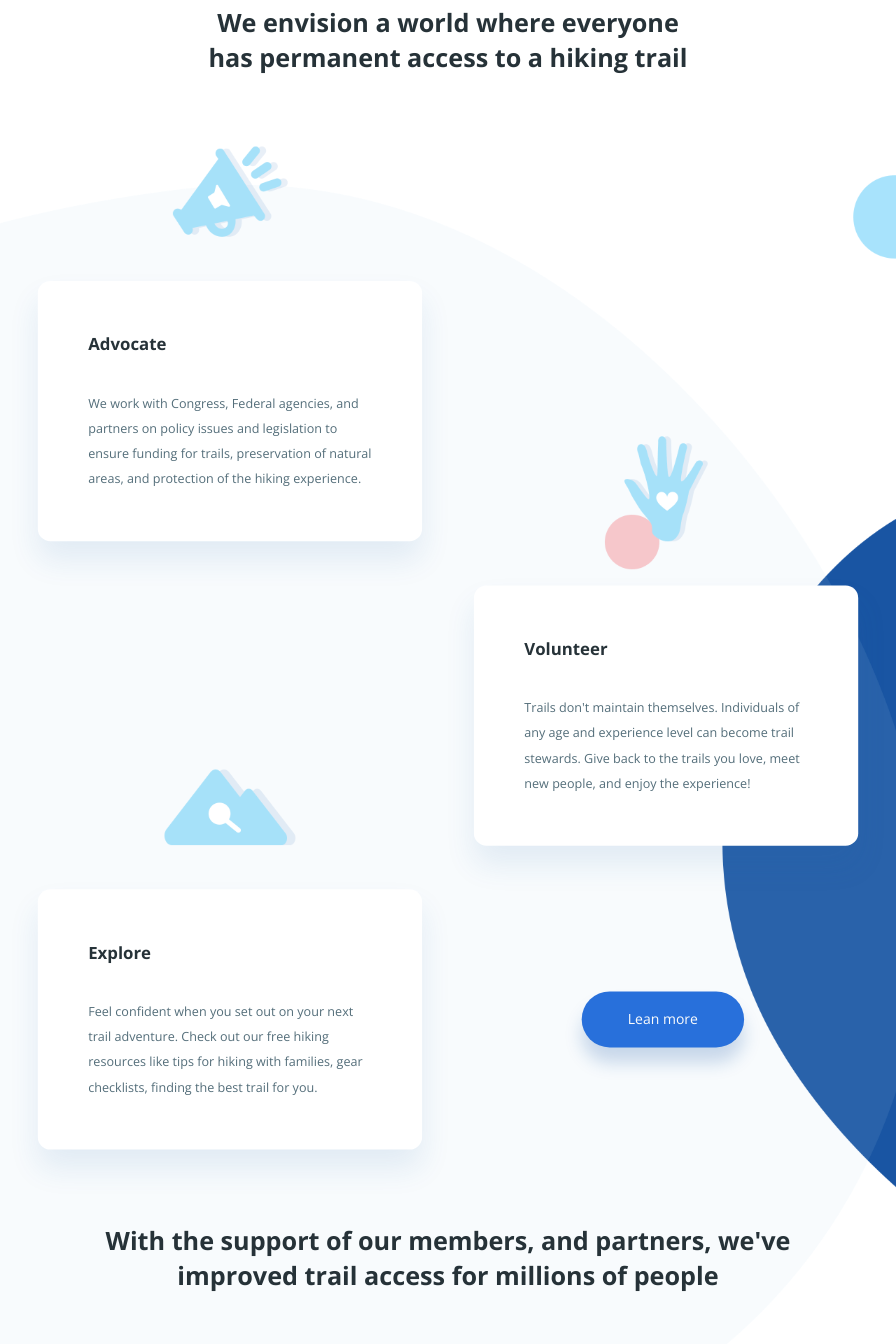
Repository: huubinh98/Project
Page: muncak/index.html
An editor plug-in stored every save of this project. The page is shown before and after the next save, followed by the edit.
The browser window is 1280 px wide. The pictures show the part of the page from y = 1176 to 3096 px (the page is 4779 px tall before and 4975 px after), at 70% of full size.

Above is the page before, as saved 2021-08-28 19:45:21.

### muncak/index.html
<!DOCTYPE html>
<html lang="en">

<head>
    <meta charset="UTF-8">
    <meta http-equiv="X-UA-Compatible" content="IE=edge">
    <meta name="viewport" content="width=device-width, initial-scale=1.0">
    <link rel="stylesheet" href="./style.css">
    <link rel="preconnect" href="https://fonts.googleapis.com">
    <link rel="preconnect" href="https://fonts.gstatic.com" crossorigin>
    <link href="https://fonts.googleapis.com/css2?family=Open+Sans:wght@300;400;600;700&display=swap" rel="stylesheet">
    <title>Muncak</title>
</head>

<body>
    <header class="header">
        <div class="container header-nav">
            <h1 class="logo"><a href="" class="logo-link"><img src="./image/Muncak.png" alt="" class="logo-img"></a>
            </h1>
            <ul class="nav-list">
                <li class="nav-item">
                    <a href="" class="nav-item-link">Home</a>
                </li>
                <li class="nav-item">
                    <a href="" class="nav-item-link">Go Hiking</a>
                </li>
                <li class="nav-item">
                    <a href="" class="nav-item-link">About</a>
                </li>
                <li class="nav-item">
                    <a href="" class="nav-item-link nav-highlight">Login</a>
                </li>
            </ul>
        </div>
        <div class="container-small">
            <h1 class="heading-banner">Lets get the top of Moutain</h1>
            <p class="heading-desc">Here is the hiking information you need to decide
                if it is right for you, and to make it more interesting,
                enjoyable, and safe.</p>
            <a href="#" class="btn c"> Get Started</a>
        </div>
    </header>
    <section class="about">
        <div class="container-small about-wrap">
            <h2 class="heading-name hearding-name-about">We envision a world where everyone
                has permanent access to a hiking trail</h2>
            <div class="about-item">
                <img src="./image/loa.png" alt="loa" class="about-img">
                <div class="about-content">
                    <h4 class="about-content-heading">Advocate</h4>
                    <p class="about-content-desc">We work with Congress, Federal agencies, and partners on policy issues
                        and legislation to ensure funding for trails, preservation of natural areas, and protection of
                        the hiking experience.</p>
                </div>
            </div>
            <div class="about-item">
                <img src="./image/bantay.png" alt="loa" class="about-img">
                <div class="about-content">
                    <h4 class="about-content-heading">Volunteer </h4>
                    <p class="about-content-desc">Trails don't maintain themselves. Individuals of any age and
                        experience level can become trail stewards. Give back to the trails you love, meet new people,
                        and enjoy the experience!</p>
                </div>
            </div>
            <div class="about-item">
                <img src="./image/nui.png" alt="loa" class="about-img">
                <div class="about-content">
                    <h4 class="about-content-heading">Explore</h4>
                    <p class="about-content-desc">Feel confident when you set out on your next trail adventure. Check
                        out our free hiking resources like tips for hiking with families, gear checklists, finding the
                        best trail for you.</p>
                </div>
            </div>
            <a href="" class="btn btn-about">Lean more</a>
        </div>
        <div class="container-small about-custumer">
            <h2 class="heading-name">With the support of our members, and partners, we've improved trail access for millions of people</h2>
            <div class="customer-content">
                <p class="customer-text">We’ve Mobilized <span>558,768</span> Trail Volunteers</p>
                <p class="customer-text">We’ve Facilitated <span>41,146</span>
                    Miles of Trail Maintenance & Construction</p>
                <p class="customer-text">Volunteers Have Contributed <span>$108 Milion</span> in Volunteer Labor</p>
            </div>
        </div>
    </section>

    <!-- -----------new--------------- -->
    <section class="new">
        <div class="container-small">
            <h2 class="heading-name">Protecting Trails: Current News and Issues</h2>
            <div class="new-content">
                <div class="new-item">
                    <a href="#" class="new-item-link">
                        <img src="./image/pic1.jpg" alt="pic1" class="new-item-img">
                    </a>
                    <div class="new-item-text">
                        <h3 class="new-item-name">2,802 Miles of Trail to be Improved on International Trails Day</h3>
                        <p class="new-item-desc">On June 2, 2018, people across the worldwill come together to
                            collectively improve 2,802 miles of trail—the distance across the world—during International
                            Trails Day. Muncak invites hikers, cyclists,…</p>
                        <a href="#" class="new-item-link">Read More</a>
                    </div>
                </div>
                <div class="new-item">
                    <a href="#" class="new-item-link">
                        <img src="./image/pic2.jpg" alt="pic1" class="new-item-img">
                    </a>
                    <div class="new-item-text">
                        <h3 class="new-item-name">Four Ways to Celebrate International Trails Day on a Bicycle</h3>
                        <p class="new-item-desc">There are many ways to celebrate the International Trails Day on June 2. It’s even possible to participate on a bicycle. And if you go on a bike overnight trip during International Trails Dayyou will simultaneously…</p>
                        <a href="#" class="new-item-link">Read More</a>
                    </div>
                </div>
                <div class="new-item">
                    <a href="#" class="new-item-link">
                        <img src="./image/pic3.jpg" alt="pic1" class="new-item-img">
                    </a>
                    <div class="new-item-text">
                        <h3 class="new-item-name">Millennials are the Future of our Trails</h3>
                        <p class="new-item-desc">The smell of fresh dew is a welcome scent, as the crunch of my boots melds with the sound of the birds singing their morning song. It’s early and I am wearing layers, but it won’t be long until they are peeled away to adapt to the summer…</p>
                        <a href="#" class="new-item-link">Read More</a>
                    </div>
                </div>
            </div>
        </div>
    </section>

    <div class="contact-footer">
        <div class="container">
            <h5 class="contact-heading">Receive the latest updates on how to protect trails.
                Subscribe to the monthly edition of Paperless Trails.</h5>
            <form action="">
                <input type="text" name="Name" id="" class="form-input">
                <input type="text" name="Email" id="" class="form-input">
                <button type="submit">Subscribe</button>
            </form>
        </div>
        <footer class="footer container">
            <div class="footer-info">
                <div class="footer-item">
                    <h4>Contact US</h4>
                    <p>Muncak hiking society
                        8605 Second Ave.
                        Silver Spring, MD 20910</p>
                    <p>
                        <span>Info@muncak.org</span>
                        <span>1-301-565-6704 (Main)</span>
                        <span>1-800-972-8608 (Toll-free)</span>
                    </p>
                </div>
                <div class="footer-item">
                    <h4>About us</h4>
                    <ul>
                        <li>
                            <a href="">Our Mission</a>
                        </li>
                        <li>
                            <a href="">Our Team</a>
                        </li>
                        <li>
                            <a href="">Corporate Sponsors</a>
                        </li>
                        <li>
                            <a href="">Financials</a>
                        </li>
                        <li>
                            <a href="">Media Center</a>
                        </li>
                    </ul>
                </div>
                <div class="footer-item">
                    <h4>Our Programs</h4>
                    <ul>
                        <li>
                            <a href="">Hike The Hill</a>
                        </li>
                        <li>
                            <a href="">Volunteer Vacations</a>
                        </li>
                        <li>
                            <a href="">Alternative Break</a>
                        </li>
                    </ul>
                </div>
                <div class="footer-item">
                    <h4>support trails</h4>
                    <ul>
                        <li>
                            <a href="">Donate</a>
                        </li>
                        <li>
                            <a href="">Individual Membership</a>
                        </li>
                        <li>
                            <a href="">Gift membership</a>
                        </li>
                        <li>
                            <a href="">Hiker Store</a>
                        </li>
                    </ul>
                </div>
                <div class="footer-item">
                    <h4>hiking resources</h4>
                    <ul>
                        <li>
                            <a href="">Hikes Near You</a>
                        </li>
                        <li>
                            <a href="">Hiking 101</a>
                        </li>
                        <li>
                            <a href="">Muncak Blog</a>
                        </li>
                        <li>
                            <a href="">Hiking Organizations</a>
                        </li>
                    </ul>
                </div>
            </div>
            <ul class="socical">
                <li class="socical-item">
                    <a href="" class="socical-item-link">
                        <img src="./image/instar.png" alt="" class="socical-item-img">
                    </a>
                </li>
                <li class="socical-item">
                    <a href="" class="socical-item-link">
                        <img src="./image/facebook.png" alt="" class="socical-item-img">
                    </a>
                </li>
                <li class="socical-item">
                    <a href="" class="socical-item-link">
                        <img src="./image/tiwer.png" alt="" class="socical-item-img">
                    </a>
                </li>
            </ul>
        </footer>
    </div>
</body>

</html>

### muncak/style.css
* {
    margin: 0;
    padding: 0;
    box-sizing: border-box;
}

html {
    font-size: 62.5%;
    line-height: 1.6rem;
    font-family: 'Open Sans', sans-serif;
    scroll-behavior: smooth;
}

ul, li {
    list-style: none;
}

a {
    text-decoration: none;
}

.container {
    max-width: 1404px;
    width: 100%;
    margin: 0 auto;
}

.container-small {
    max-width: 1172px;
    width: 100%;
    margin: 0 auto;
}

.btn {
    font-size: 2rem;
    line-height: 8rem;
    color: #fbfcfc;
    background-color: #2870db;
    border-radius: 40px;
    display: inline-block;
    padding: 0 66px;
    box-shadow: 0 22px 24px rgba(17, 83, 165, 0.21);
    transition: 0.25s ease;
}

.heading-name {
    font-size: 3.6rem;
    line-height: 5rem;
    text-align: center;
    margin: 0 auto;
    color: #263238;
    margin-bottom: 101px;
    max-width: 1000px;
}

.btn:hover {
    background-color: #1153a5;
}

/* ----------------------- */

.header {
    margin: 0 auto;
    max-width: 1900px;
    height: 1026px;
    background-color: white;
    background-image: url(./image/backgroudleft1.png), url(./image/Muncak-Landing-Page.png);
    background-position: left bottom, right top;
    background-repeat: no-repeat, no-repeat;
}

.header-nav {
    display: flex;
    justify-content: space-between;
    padding-top: 85px;
}

.logo{

}
.logo-link{

}
.logo-img{

}
.nav-list{

}
.nav-item{
    display: inline-block;
}
.nav-item-link{
    font-size: 1.8rem;
    font-weight: 400;
    line-height: 3.6rem;
    color: #fff;
    padding: 0 36px;
    display: inline-block;
}

.nav-highlight {
    background-color: #fff;
    color: #14215e;
    border-radius: 14px;
}

.heading-banner {
    font-size: 5rem;
    line-height: 6rem;
    color: #1c2056;
    margin-top: 144px;
    max-width: 400px;
}

.heading-desc {
    font-size: 1.8rem;
    line-height: 4rem;
    color: rgba(45, 32, 88, 0.65);
    max-width: 400px;
    margin-top: 43px;
    margin-bottom: 103px;
}

.btn-heading {
    margin-bottom: 310px;
}


/* -----------about---------------- */
.about {
    padding-top: 158px;
    background-image: url(./image/backgroudleft2.png), url(./image/Muncak-Landing-Page2.png);
    background-repeat: no-repeat, no-repeat;
    background-position: left bottom, right center;
}

.about-wrap {
    margin-bottom: 105px;
}

.hearding-name-about {
    max-width: 700px;
}

.about-item {
    margin-top: -150px;
    max-width: 549px;
}

.about-item:nth-child(2n + 1) {
    margin-left: auto;
}

.about-item:nth-child(2n + 2) {
    margin-top: -109px;
}

.about-item:first-of-type {
    margin-top: 0;
}

.about-img {
    display: block;
    margin: 0 auto;
    margin-bottom: 63px;
}

.about-content {
    padding: 72px;
    border-radius: 18px;
    background-color: #fff;
    box-shadow: 0 27px 43px rgb(32 94 171 / 10%);
}

.about-content-heading {
    font-size: 2.4rem;
    line-height: 3.6rem;
    color: #263238;
    padding-bottom: 48px;
}

.about-content-desc {
    font-size: 1.8rem;
    line-height: 3.6rem;
    color: #546e7a;
}

.btn-about {
    float: right;
    margin-right: 163px;
    margin-top: -226px;
}

/* -----------customer-------------- */

.about-custumer {
    margin-top: 105px;
}

.customer-content {
    display: flex;
    justify-content: space-between;
}

.customer-text {
    text-align: center;
    font-size: 2.2rem;
    line-height: 2.3rem;
    color: #263238;
}

.customer-text span {
    font-size: 3.6rem;
    display: block;
    color: #1a56a3;
    font-weight: 700;
    line-height: 3.4rem;
    padding: 34px 0;
}

After the next save:
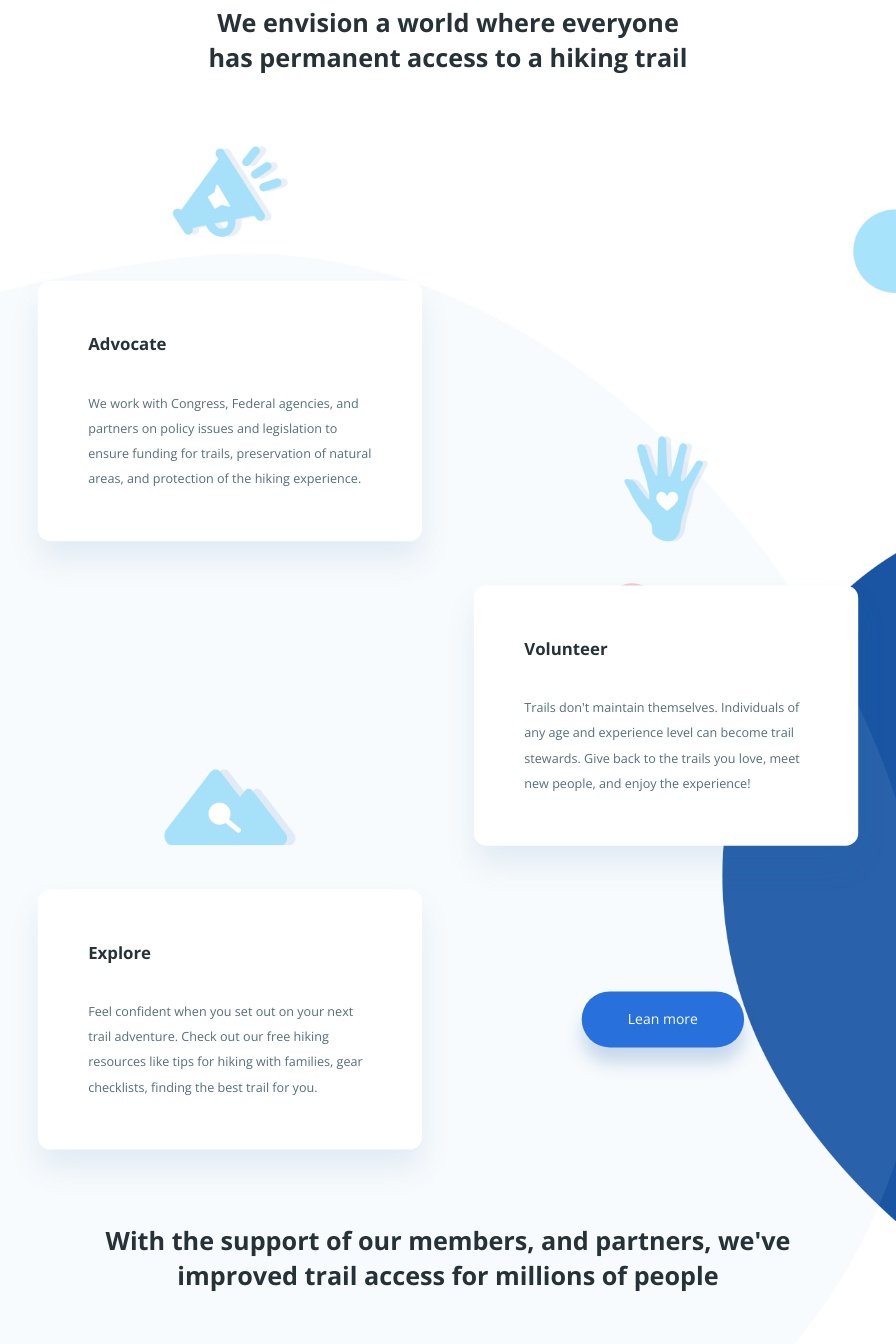
Saved 4 min 36 s later.
--- a/muncak/style.css
+++ b/muncak/style.css
@@ -130,6 +130,7 @@ a {
 /* -----------about---------------- */
 .about {
     padding-top: 158px;
+    padding-bottom: 98px;
     background-image: url(./image/backgroudleft2.png), url(./image/Muncak-Landing-Page2.png);
     background-repeat: no-repeat, no-repeat;
     background-position: left bottom, right center;
@@ -218,3 +219,9 @@ a {
     line-height: 3.4rem;
     padding: 34px 0;
 }
+
+/* --------New-------------- */
+
+.new {
+    padding-top: 98px;
+}
